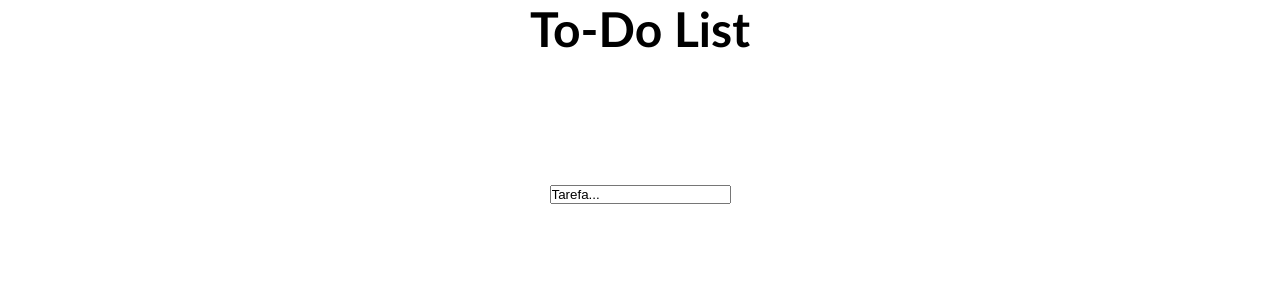
Repository: PetersonAntonyDev/python-flask-
Page: index.html
These files come from the project's save history. The page is drawn as it stood at one moment and after the next save; the edit follows.
The browser window is 1280 px wide. The pictures show the whole page.

Above is the page before, as saved 2022-07-26 10:04:05.

### index.html
<!DOCTYPE html>
<html lang="en">
<head>
    <meta charset="UTF-8">
    <meta http-equiv="X-UA-Compatible" content="IE=edge">
    <meta name="viewport" content="width=device-width, initial-scale=1.0">
    <link rel="stylesheet" href="/style.css">
    <title>To-Do LIst</title>
</head>
<body>
    <header>
        <h1>To-Do List</h1>
    </header>
    <main>
        <form action="" method="get">
            <input type="text" name="task" id="task" value="Tarefa...">
        </form>
    </main>
</body>
</html>

### style.css
* {
    margin: 0;
    padding: 0;
}

body{
    display: flex;
    justify-content: center;
    align-items: center;
    flex-direction: column;
}

header {
    margin-bottom: 10%;
    font-family: 'Gill Sans', 'Gill Sans MT', Calibri, 'Trebuchet MS', sans-serif;
    font-size: 1.5rem;
}

After the next save:
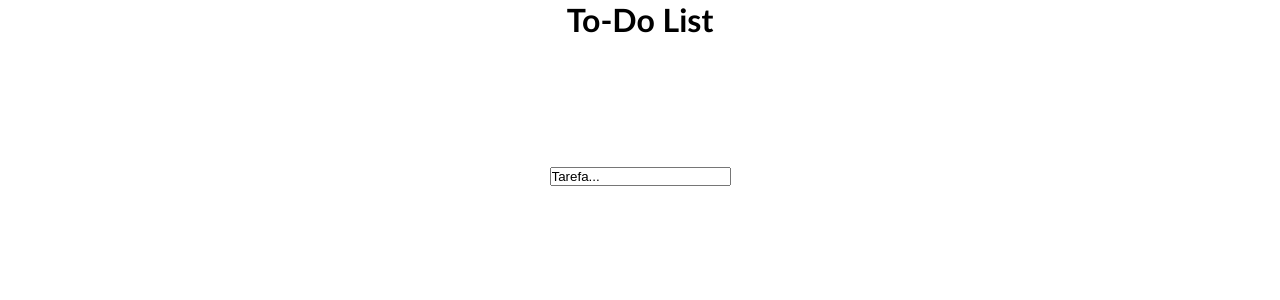
Saved 5 s later.
--- a/style.css
+++ b/style.css
@@ -13,5 +13,5 @@ body{
 header {
     margin-bottom: 10%;
     font-family: 'Gill Sans', 'Gill Sans MT', Calibri, 'Trebuchet MS', sans-serif;
-    font-size: 1.5rem;
+    font-size: 1rem;
 }
